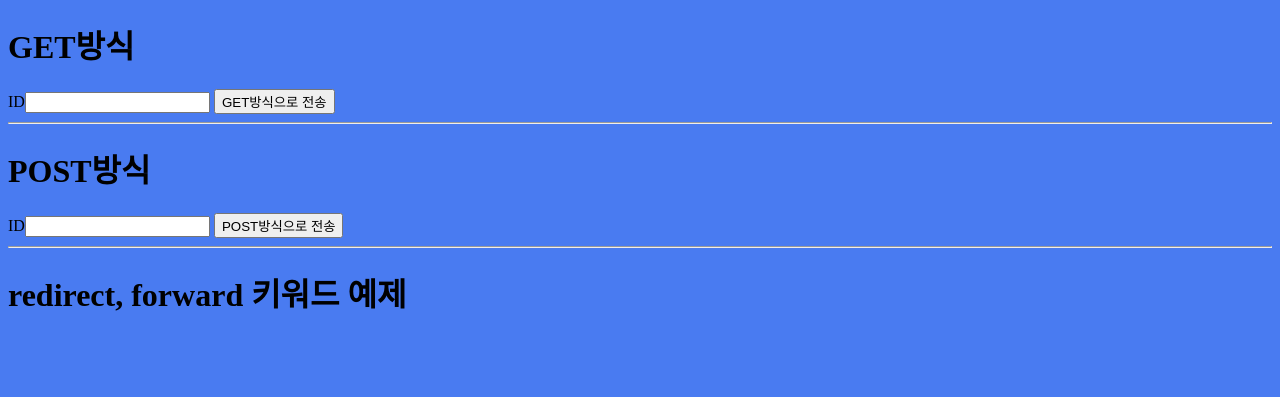
Repository: AsnemBlue/spring_Note
Page: http://localhost/ch11_requestmapping/
An editor plug-in stored every save of this project. The page is shown before and after the next save, followed by the edit.
The browser window is 1280 px wide. The pictures show the whole page.
The page is served by Tomcat 9.

Above is the page before, as saved 2020-03-30 04:11:50.

After the next save:
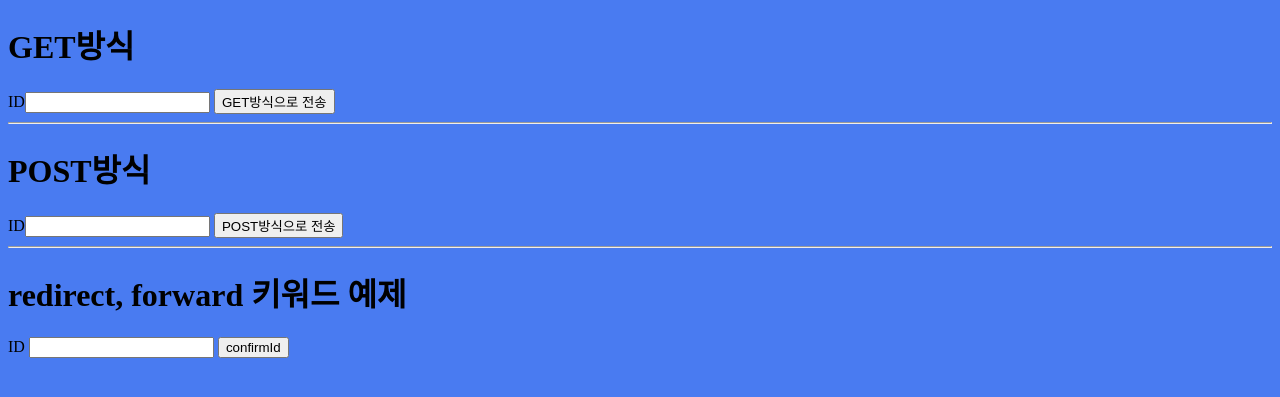
Saved 2 min 15 s later.
--- a/ch11_requestmapping/src/main/webapp/WEB-INF/views/main.jsp
+++ b/ch11_requestmapping/src/main/webapp/WEB-INF/views/main.jsp
@@ -23,5 +23,9 @@
 	</form>
 	<hr>
 	<h1>redirect, forward 키워드 예제</h1>
+	<form action="${conPath }/studentConfirm.do">
+		ID <input type="text" name="id">
+		<input type="submit" value="confirmId">
+	</form>
 </body>
 </html>
